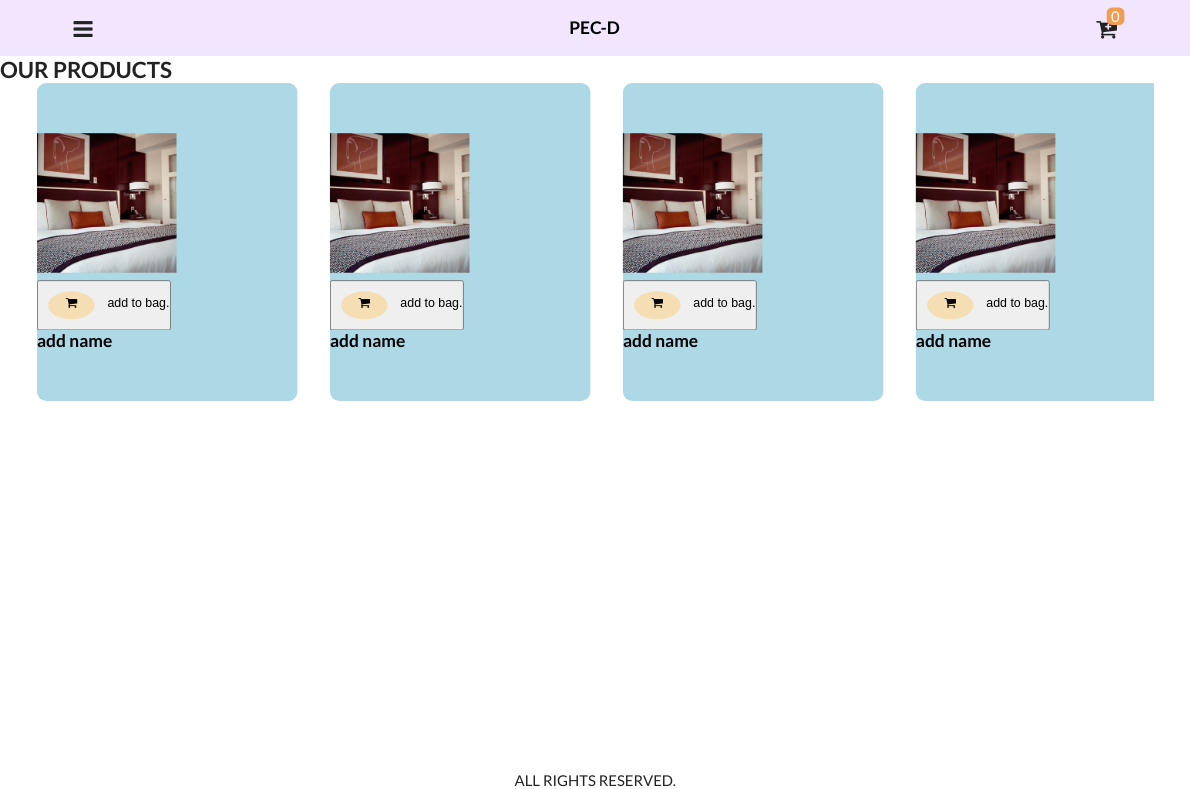
Repository: CHIR4G7/PEC-D
Page: http://localhost/
The author's editor kept a copy of each file at every save. The page is drawn from the files as they stood at one save, then again after the next save.
The browser window is 1280 px wide. The pictures show the whole page, at 93% of full size.
The page is served by the project's Node server (app.js).

Above is the page before, as saved 2023-07-08 01:05:07.

After the next save:
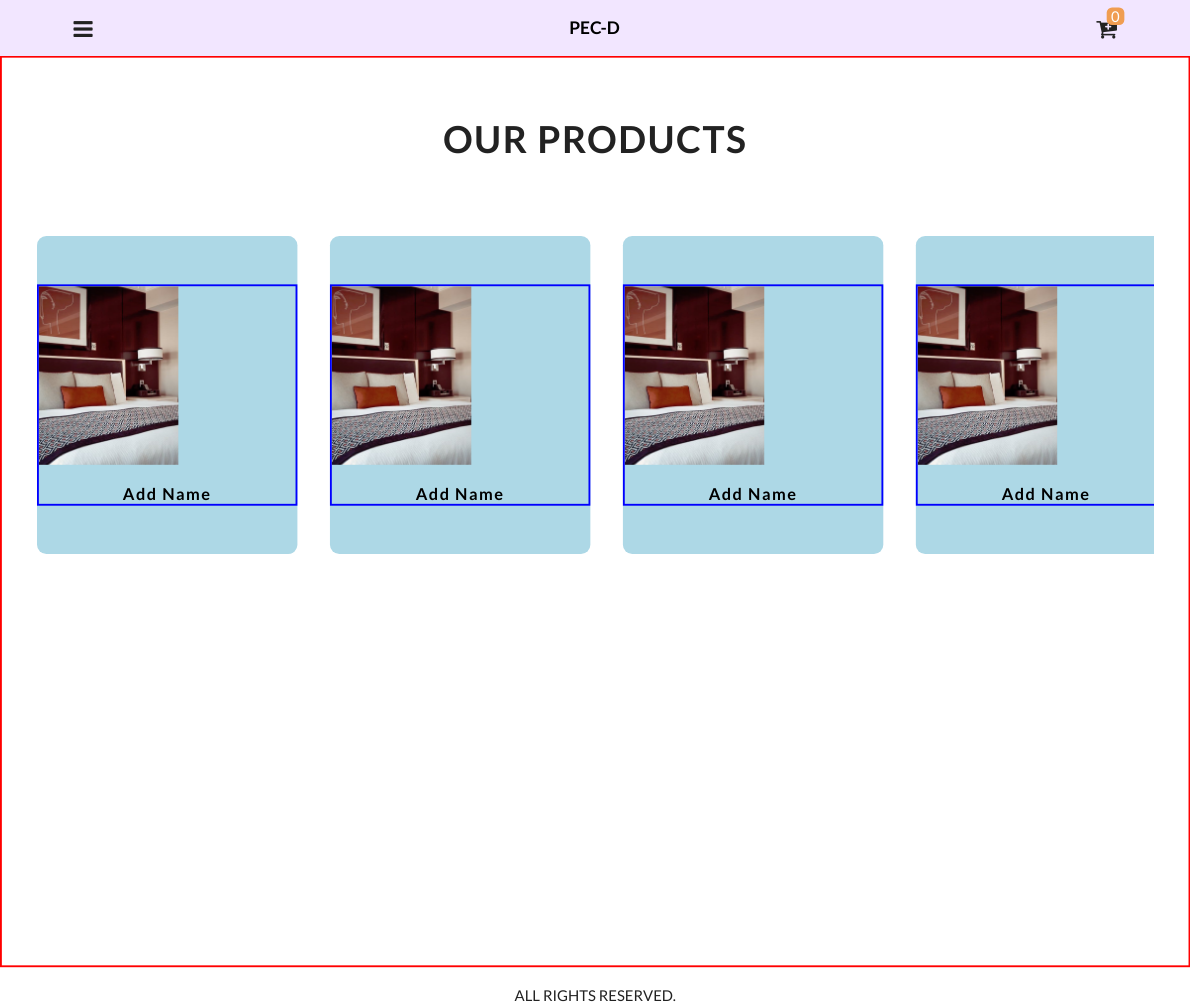
Saved 86 s later.
--- a/public/css/style.css
+++ b/public/css/style.css
@@ -110,7 +110,7 @@ body {
 
 
   /* products */
-  /* .products {
+  .products {
     padding: 4rem 0;
     border: 2px solid red;
   }
@@ -186,7 +186,7 @@ body {
     color: var(--primaryColor);
     text-align: center;
   }
-   */
+
 
    /* slider*/
 
